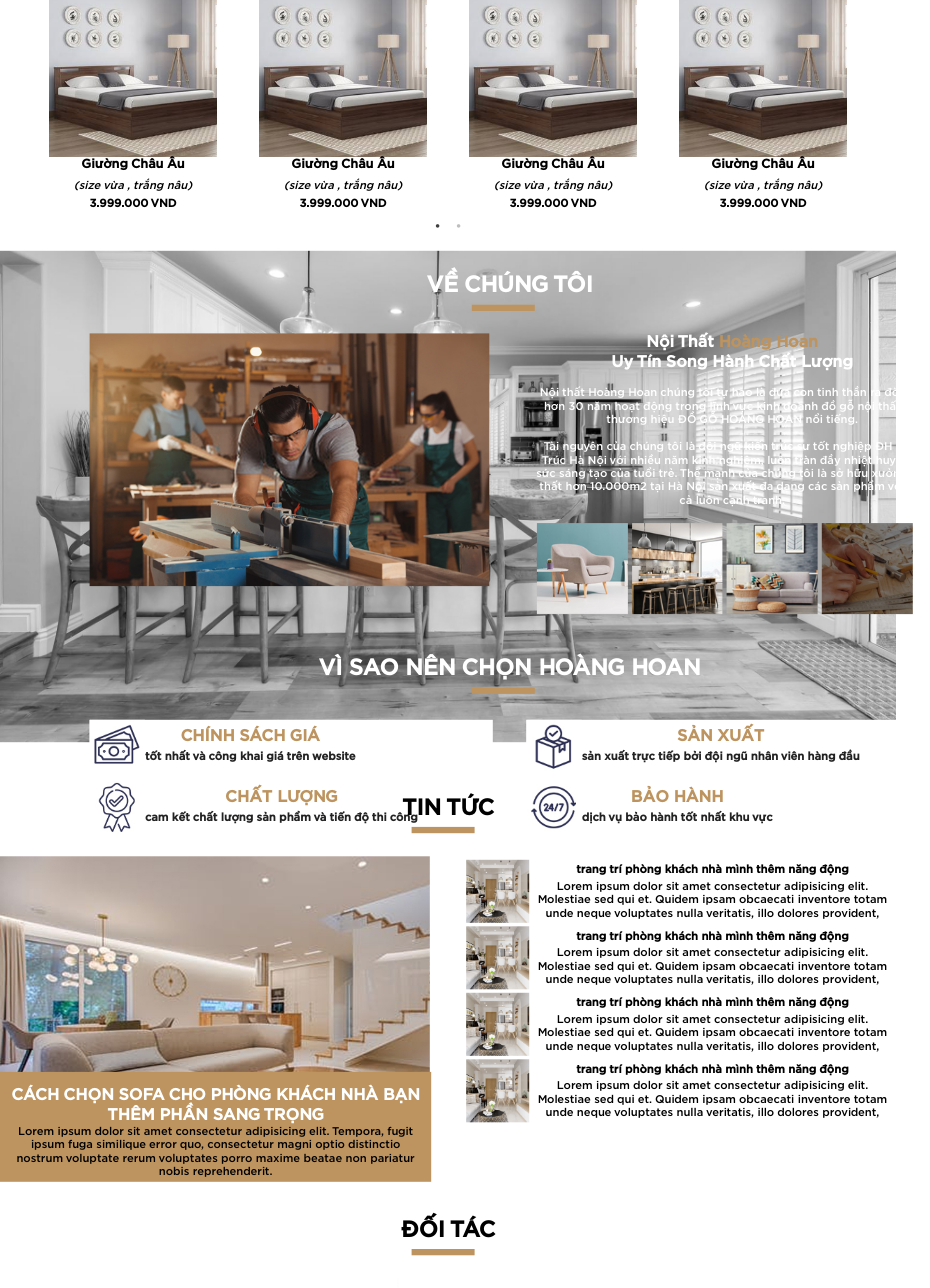
Repository: LDDUNG2003/prj_2
Page: /
The author's editor kept a copy of each file at every save. The page is drawn from the files as they stood at one save, then again after the next save.
The browser window is 1280 px wide. The page is 1328 px wide, so the pictures cover 1328 px, including what lies to the right of the window. The pictures show the part of the page from y = 1296 to 3136 px (the page is 3485 px tall before and 3504 px after), at 70% of full size.
The project was rebuilt for these pictures with package versions that can differ from the ones it lists, and the page was loaded fresh each time. Also part of the build but not shown: src/layouts/header/index.js, src/layouts/footer/index.js, src/layouts/defaultLayout/index.js.

Above is the page before, as saved 2023-09-15 15:57:22.

After the next save:
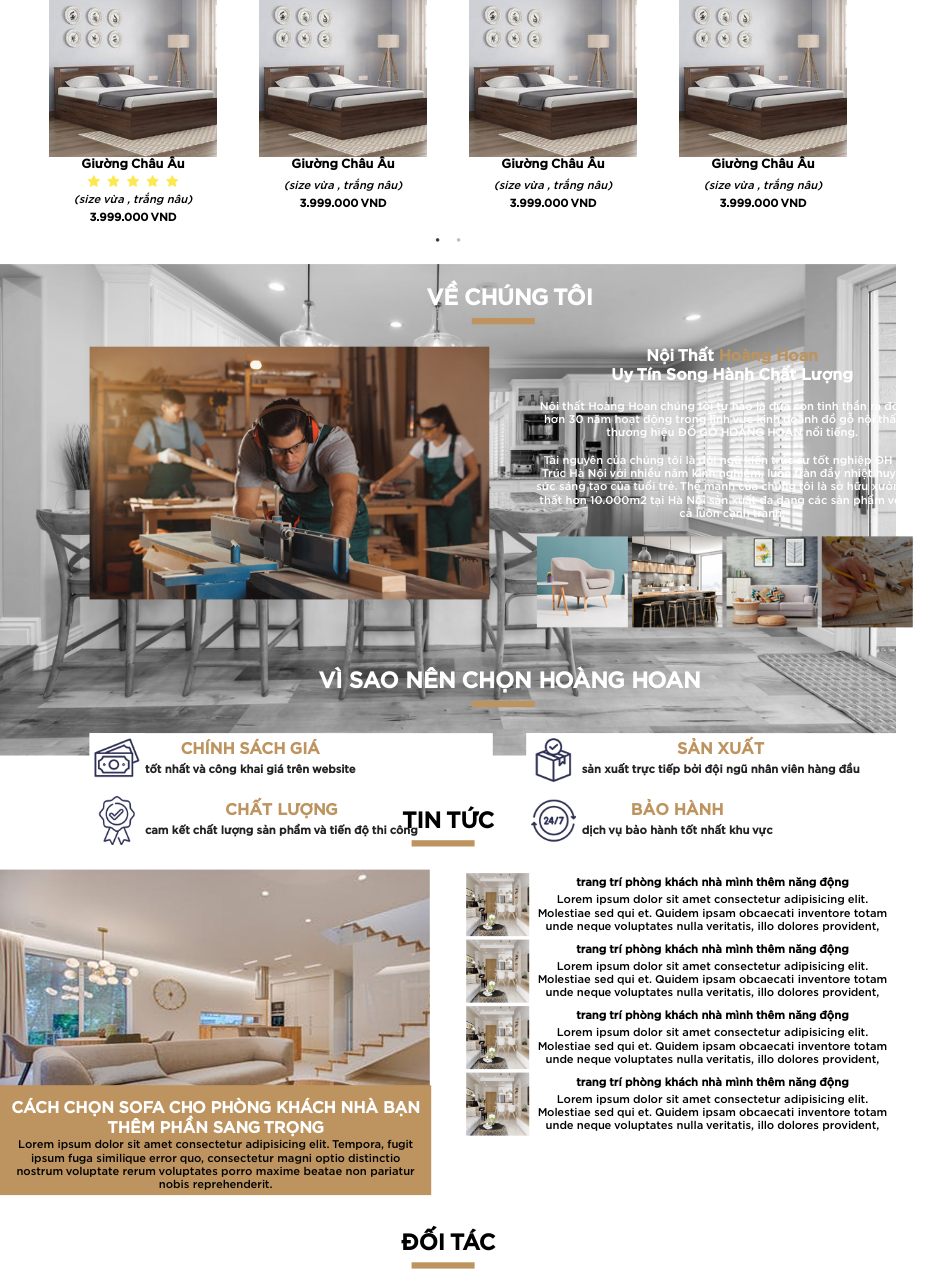
Saved 2 s later.
--- a/src/pages/home/setProductSlick/index.js
+++ b/src/pages/home/setProductSlick/index.js
@@ -3,7 +3,7 @@
 import React, { Component } from "react";
 import Slider from "react-slick";
 import "../../../styles/css/home.css"
-import star from "../../../font-awesome"
+import Star from "../../../font-awesome"
 
 export default class SimpleSlider extends Component {
   render() {
@@ -22,11 +22,11 @@
             <div className="featured--content">
               <h5 className="featured-name">Giường Châu Âu</h5>
               <ul className="evaluate--list">
-                <li><star/></li>
-                <li><star/></li>
-                <li><star/></li>
-                <li><star/></li>
-                <li><star/></li>
+                <li><Star/></li>
+                <li><Star/></li>
+                <li><Star/></li>
+                <li><Star/></li>
+                <li><Star/></li>
               </ul>
               <i className="note-product">(size vừa , trắng nâu)</i>
               <p className="price-product">3.999.000 VND</p>
